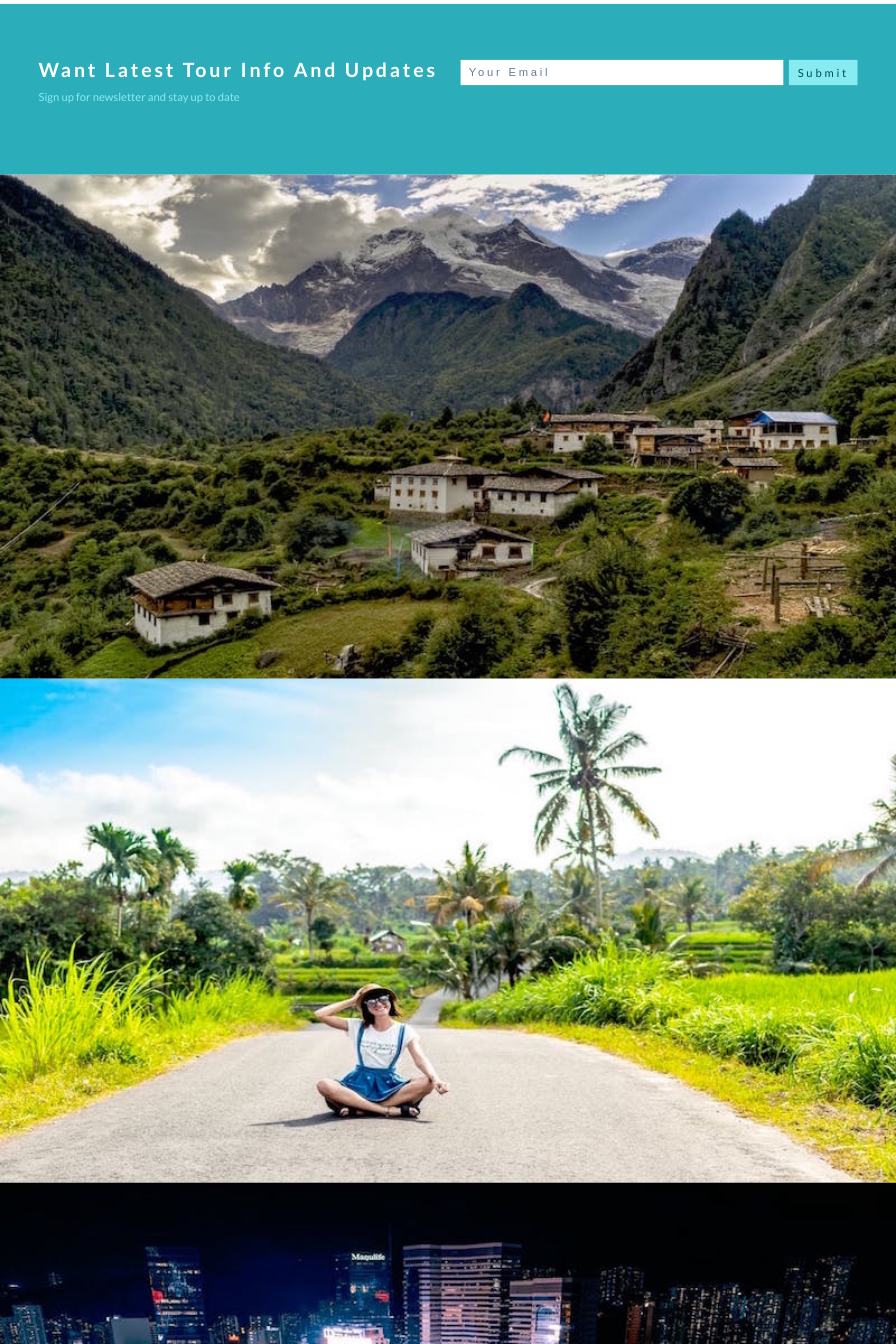
Repository: Ndifoinhilary/flexbox-project
Page: index.html
The author's editor kept a copy of each file at every save. The page is drawn from the files as they stood at one save, then again after the next save.
The browser window is 1280 px wide. The pictures show the part of the page from y = 2961 to 4881 px (the page is 8971 px tall before and 5387 px after), at 70% of full size.

Above is the page before, as saved 2024-01-24 05:34:27.

### index.html
<!DOCTYPE html>
<html lang="en">
  <head>
    <meta charset="UTF-8" />
    <meta name="viewport" content="width=device-width, initial-scale=1.0" />
    <meta http-equiv="X-UA-Compatible" content="ie=edge" />
    <title>Backroads || Tour Company</title>
    <!-- favicon -->
    <link rel="shortcut icon" href="./images/favicon.ico" type="image/x-icon" />
    <!-- font-awesome -->
    <link rel="stylesheet" href="fontawesome-free-5.9.0-web/css/all.min.css" />
    <!-- styles css -->
    <link rel="stylesheet" href="./css/main.css" />
  </head>
  <body>
    <header id="home">
      <!-- nav bar -->
      <!-- end of nav bar -->
  <!-- hero section  -->
  <div class="hero">
    <div class="hero-banner">
      <h1>continue exploring</h1>
      <p>Lorem ipsum dolor sit, amet consectetur adipisicing elit. Officiis, quam!</p>
      <a href="#featured" class="btn hero-btn scroll-link ">explore tours</a>
    </div>
  </div>
   <!-- end of hero section  -->
    </header>
    <!-- end of header -->
   <!-- section -->
    <section class="section" id="about">
      <!-- section title -->
      <div class="section-title">
        <h2>about <span>us</span></h2>
      </div>
            <!-- section title -->
        <div class="section-center about-center">
          <!-- about image wrapper -->
          <article class="about-img">
            <img src="./images/about.jpeg"  class="about-photo" alt="awesome">
          </article>
          <!-- about infor -->
          <artilce class="about-info">
            <h3>explore the difference</h3>
            <p>Lorem ipsum, dolor sit amet consectetur adipisicing elit. Et cum minima eaque illo consequuntur laudantium facere incidunt alias expedita accusamus!</p>
            <a href="#" class="btn">read more</a>
          </artilce>
        </div>
    </section>
    <!-- end of about  section -->


    <!-- service section start -->

    <section class="section services" id="servics">
      <div class="section-title">
        <h2>our <span>services</span></h2>
      </div>
      <div class="section-center services-center">
        <!-- single service -->
        <article class="service">
          <span class="service-icon">
            <i class="fas fa-wallet fa-fw"></i>
          </span>
          <div class="service-info">
            <h4 class="service-title" >saving money</h4>
            <p class="service-text"> Lorem ipsum dolor sit
              amet, consectetur adipisicing elit. Quisquam, id?
               Omnis rerum perferendis numquam repellat.</p>
          </div>
        </article>
        <article class="service">
          <span class="service-icon">
            <i class="fas fa-tree fa-fw"></i>
          </span>
          <div class="service-info">
            <h4 class="service-title" >tree money</h4>
            <p class="service-text"> Lorem ipsum dolor sit
              amet, consectetur adipisicing elit. Quisquam, id?
               Omnis rerum perferendis numquam repellat.</p>
          </div>
        </article>
         <article class="service">
          <span class="service-icon">
            <i class="fas fa-socks fa-fw"></i>
          </span>
          <div class="service-info">
            <h4 class="service-title" >only  money</h4>
            <p class="service-text"> Lorem ipsum dolor sit
              amet, consectetur adipisicing elit. Quisquam, id?
               Omnis rerum perferendis numquam repellat.</p>
          </div>
        </article>
      </div>
      </section>

<!-- feartueres tours -->

<section class="section" id="featured">
  <div class="section-title">
    <h2>feature <span>tours</span></h2>
  </div>
  <!-- featured center -->
 <div class="section-center featured-center">
  <article class="tour-card">
    <div class="tour-img-container">
      <img src="./images/tour-1.jpeg"    alt="tour around" class="tour-mg">
      <p class="tour-date">january 21th , 2024</p>
    </div>
    <div class="tour-info">
     <div class="tour-title">
      <h4>tibet advanture</h4>
      <p>34 days</p>
     </div>
      <p>Lorem ipsum dolor sit, amet consectetur adipisicing elit. Tempore voluptates error, necessitatibus doloribus sequi eaque! Sunt
        perferendis sequi dignissimos suscipit!</p>

        <div class="tour-footer">
          <p><span><i class="fas fa-map" >Cameroon</i></span></p>
          <p>$1200</p>
        </div>
    </div>
  </article>
  <article class="tour-card">
    <div class="tour-img-container">
      <img src="./images/tour-2.jpeg"    alt="tour around" class="tour-mg">
      <p class="tour-date">january 21th , 2024</p>
    </div>
    <div class="tour-info">
      <h4>tibet adventure</h4>
      <p>Lorem ipsum dolor sit, amet consectetur adipisicing elit. Tempore voluptates error, necessitatibus doloribus sequi eaque! Sunt
        perferendis sequi dignissimos suscipit!</p>

        <div class="tour-footer">
          <p><span><i class="fas fa-map" >Cameroon</i></span></p>
          <p>days</p>
          <p>$1200</p>
        </div>
    </div>
  </article>
    <article class="tour-card">
    <div class="tour-img-container">
      <img src="./images/tour-3.jpeg"    alt="tour around" class="tour-mg">
      <p class="tour-date">january 21th , 2024</p>
    </div>
    <div class="tour-info">
      <h4>tibet adventure</h4>
      <p>Lorem ipsum dolor sit, amet consectetur adipisicing elit. Tempore voluptates error, necessitatibus doloribus sequi eaque! Sunt
        perferendis sequi dignissimos suscipit!</p>

        <div class="tour-footer">
          <p><span><i class="fas fa-map" >Cameroon</i></span></p>
          <p>12 days</p>
          <p>$1200</p>
        </div>
    </div>
  </article>
  <article class="tour-card">
    <div class="tour-img-container">
      <img src="./images/tour-4.jpeg"    alt="tour around" class="tour-mg">
      <p class="tour-date">january 21th , 2024</p>
    </div>
    <div class="tour-info">
      <h4>tibet adventure</h4>
      <p>Lorem ipsum dolor sit, amet consectetur adipisicing elit. Tempore voluptates error, necessitatibus doloribus sequi eaque! Sunt
        perferendis sequi dignissimos suscipit!</p>

        <div class="tour-footer">
          <p><span><i class="fas fa-map" >Cameroon</i></span></p>
          <p>12 days</p>
          <p>$1200</p>
        </div>
    </div>
  </article>
 </div>
 <div class="tour-btn">
  <a href="#" class="btn"> all tours</a>
 </div>
</section>

<!-- end   feartueres tours -->

<!-- contact section -->
<section class="section contact" id="contact">
  <div class="section-center contact-center">
    <article class="contact-title">
      <h3>want latest tour info and updates</h3>
      <p>Sign up for newsletter and stay up to date </p>
    </article>
    <form action="" class="contact-form">
      <input type="email" name="email" class="form-control" placeholder="your email">
      <button type="submit" class="btn-submit">submit</button>
    </form>
  </div>
</section>



<!--end of   contact section -->

   <!-- gallery -->
   <section id="gallery">
    <div class="gallery-center">
      <article class="gallery-img-container">
        <img src="./images/tour-1.jpeg" class="gallery-img" alt="">
        <a href="#" class="gallery-icon"><i class="fas fa-search"></i></a>
      </article>
       <article class="gallery-img-container">
        <img src="./images/tour-2.jpeg" class="gallery-img" alt="">
        <a href="#" class="gallery-icon"><i class="fas fa-search"></i></a>
      </article>
        <article class="gallery-img-container">
        <img src="./images/tour-3.jpeg" class="gallery-img" alt="">
        <a href="#" class="gallery-icon"><i class="fas fa-search"></i></a>
      </article>
        <article class="gallery-img-container">
        <img src="./images/tour-4.jpeg" class="gallery-img" alt="">
        <a href="#" class="gallery-icon"><i class="fas fa-search"></i></a>
      </article>
       <article class="gallery-img-container">
        <img src="./images/tour-5.jpeg" class="gallery-img" alt="">
        <a href="#" class="gallery-icon"><i class="fas fa-search"></i></a>
      </article>
       <article class="gallery-img-container">
        <img src="./images/tour-6.jpeg" class="gallery-img" alt="">
        <a href="#" class="gallery-icon"><i class="fas fa-search"></i></a>
      </article>
         <article class="gallery-img-container">
        <img src="./images/tour-2.jpeg" class="gallery-img" alt="">
        <a href="#" class="gallery-icon"><i class="fas fa-search"></i></a>
      </article>
        <article class="gallery-img-container">
        <img src="./images/tour-1.jpeg" class="gallery-img" alt="">
        <a href="#" class="gallery-icon"><i class="fas fa-search"></i></a>
      </article>
    </div>
   </section>
   <!-- end of gallery -->
  </body>
</html>

### css/main.css
/*
===============
Fonts
===============
*/
@import url("https://fonts.googleapis.com/css?family=Lato:400,700&display=swap");

/*
===============
Variables
===============
*/

:root {
  /* dark shades of primary color*/
  --clr-primary-1: hsl(184, 91%, 17%);
  --clr-primary-2: hsl(185, 84%, 25%);
  --clr-primary-3: hsl(185, 81%, 29%);
  --clr-primary-4: hsl(184, 77%, 34%);
  /* primary/main color */
  --clr-primary-5: hsl(185, 62%, 45%);
  /* lighter shades of primary color */
  --clr-primary-6: hsl(185, 57%, 50%);
  --clr-primary-7: hsl(184, 65%, 59%);
  --clr-primary-8: hsl(184, 80%, 74%);
  --clr-primary-9: hsl(185, 94%, 87%);
  --clr-primary-10: hsl(186, 100%, 94%);
  /* darkest grey - used for headings */
  --clr-grey-1: hsl(209, 61%, 16%);
  --clr-grey-2: hsl(211, 39%, 23%);
  --clr-grey-3: hsl(209, 34%, 30%);
  --clr-grey-4: hsl(209, 28%, 39%);
  /* grey used for paragraphs */
  --clr-grey-5: hsl(210, 22%, 49%);
  --clr-grey-6: hsl(209, 23%, 60%);
  --clr-grey-7: hsl(211, 27%, 70%);
  --clr-grey-8: hsl(210, 31%, 80%);
  --clr-grey-9: hsl(212, 33%, 89%);
  --clr-grey-10: hsl(210, 36%, 96%);
  --clr-white: #fff;
  --ff-primary: "Lato", sans-serif;
  --transition: all 0.3s linear;
  --spacing: 0.25rem;
  --radius: 0.5rem;
  --light-shadow: 0 5px 15px rgba(0, 0, 0, 0.1);
  --dark-shadow: 0 5px 15px rgba(0, 0, 0, 0.2);
}
/*
===============
Global Styles
===============
*/

* {
  margin: 0;
  padding: 0;
  box-sizing: border-box;
}
body {
  font-family: var(--ff-primary);
  background: var(--clr-white);
  color: var(--clr-grey-1);
  line-height: 1.5;
  font-size: 0.875rem;
}
a {
  text-decoration: none;
}
/* img:not(.nav-logo) {
  width: 100%;
  display: block;
} */
img {
  width: 100%;
  display: block;
}
h1,
h2,
h3,
h4 {
  letter-spacing: var(--spacing);
  text-transform: capitalize;
  line-height: 1.25;
  margin-bottom: 0.75rem;
}
h1 {
  font-size: 3rem;
}
h2 {
  font-size: 2rem;
}
h3 {
  font-size: 1.25rem;
}
h4 {
  font-size: 0.875rem;
}
p {
  margin-bottom: 1.25rem;
  color: var(--clr-grey-5);
}
@media screen and (min-width: 800px) {
  h1 {
    font-size: 4rem;
  }
  h2 {
    font-size: 2.5rem;
  }
  h3 {
    font-size: 1.75rem;
  }
  h4 {
    font-size: 1rem;
  }
  body {
    font-size: 1rem;
  }
  h1,
  h2,
  h3,
  h4 {
    line-height: 1;
  }
}
/*  global classes */

.btn {
  text-transform: uppercase;
  background: var(--clr-primary-5);
  color: var(--clr-white);
  padding: 0.375rem 0.75rem;
  letter-spacing: var(--spacing);
  display: inline-block;
  /* font-weight: 700; */
  transition: var(--transition);
  font-size: 0.875rem;
  border: 2px solid transparent;
  cursor: pointer;
  box-shadow: 0 1px 3px rgba(0, 0, 0, 0.2);
}
.btn:hover {
  color: var(--clr-primary-1);
  background: var(--clr-primary-8);
}
.section {
  padding: 5rem 0;
}
.section-title {
  text-align: center;
  margin-bottom: 4rem;
}
.section-title h2 {
  text-transform: uppercase;
}
.section-title span {
  color: var(--clr-primary-5);
}
.section-center {
  width: 90vw;
  margin: 0 auto;
  max-width: 1170px;
}
@media screen and (min-width: 992px) {
  .section-center {
    width: 95vw;
  }
}
/*
===============
Navbar
===============
*/

/*
===============
Hero
===============
*/
.hero {
  min-height: 100vh;
  background: var(--clr-primary-5);
  display: flex;
  justify-content: center;
  align-items: center;
}
.hero-banner {
  text-align: center;
  color: var(--clr-white);
  padding: 0 3rem;
}
.hero-banner h1 {
  text-transform: uppercase;
}
.hero-banner p {
  max-width: 35rem;
  margin-left: auto;
  margin-right: auto;
  color: var(--clr-white);
  letter-spacing: var(--spacing);
}
.hero-btn {
  padding: 0.9rem 1.6rem;
  font-size: 1.25rem;
  background: var(--clr-white);
  color: var(--clr-primary-5);
}
.hero-btn:hover {
  background: transparent;
  color: var(--clr-white);
  border-color: var(--clr-white);
}
@media screen and (min-width: 768px) {
  .hero {
    background: linear-gradient(rgb(44, 174, 186, 0.7), rgba(0, 0, 0, 0.7)),
      url("../images/main.jpeg") center/cover no-repeat;
  }
  .hero-banner {
    padding: 0;
  }
  .hero-banner p {
    max-width: 45rem;
  }
}
/*
===============
About
===============
*/
/* section add to globals */
/* title add to globals */
/* section center add to globals */
.about-img,
.about-info {
  margin-bottom: 2rem;
}
@media screen and (min-width: 992px) {
  .about-center {
    display: flex;
    justify-content: space-between;
    flex-wrap: wrap;
  }
  .about-img,
  .about-info {
    flex: 0 0 calc(50% - 2rem);
    margin-bottom: 0;
    align-self: center;
  }
}

@media screen and (min-width: 1170px) {
  .about-img::before{
    content: "";
    position: absolute;
    border: 0.5rem solid var(--clr-primary-5);
    box-sizing: border-box;
    height: 100%;
    width: 100%;
    top: -1.5rem;
    left: -1.5rem;

  }
  .about-img{
    position: relative;
  }
  .about-photo{
    position: relative ;
  }
}
/*
===============
Services
===============
*/
.services{
  background: var(--clr-grey-10);
}
.service{
  text-align: center;
  margin-bottom: 3rem;
}
.service-icon{
  background: var(--clr-primary-5);
  color: var(--clr-primary-1);
  padding: 0.5rem;
  display: inline-block;
  font-size: 2rem;
  margin-bottom: 1.5rem;
}

.service-text{
  max-width: 20rem;
  margin-left: auto;
  margin-right: auto;
}



@media screen  and (min-width:576px) {
  .section-center{
    display: flex;
    justify-content: space-between;
    flex-wrap: wrap;
  }
  .service{
    flex: 0 0 calc(50% - 1rem);
    margin-bottom: 1rem;
  }
}
@media screen  and (min-width:992px) {
.service{
    flex: 0 0 calc(33.333% - 1rem);
  }
}
@media screen  and (min-width:1170px) {
.service{
  display: flex;
  text-align: left;
  }
  .service-icon{
    align-self: start;
  }
  .service-info{
    padding-left: 1rem;
  }
  .service-title{
    margin-bottom: 0.5rem;
  }
}
/*
===============
Featured Tours
===============
*/


.tour-card{
  transition: var(--transition);
  background: var(--clr-grey-10);
  box-shadow: var(--light-shadow);
  margin-bottom: 2rem;
}

.tour-card:hover{
  box-shadow: var(--dark-shadow);
  transform: scale(1.02);
}
.tour-img-container{
  position: relative;
}
.tour-img{
  height: 15rem;
  object-fit: cover;
}
.tour-date{
  position: absolute;
  right: 0;
  bottom: 0;
  background: var(--clr-primary-8);
  margin-bottom: 0;
  color: var(--clr-primary-1);
  text-transform: capitalize;
  padding: 0.25rem 0.5rem;
}
.tour-info{
  padding: 1.25rem 1.5rem;
}
.tour-footer{
  display: flex;
  justify-content: space-between;
  flex-wrap: wrap;
  align-items: center;
}
.tour-footer p {
  line-height: 0;
  margin-bottom: 0;
  text-transform: capitalize;
  color: var(--clr-primary-5);
}
.tour-btn{
  text-align: center;
}


@media screen and (min-width:760px) {
  .featured-center{
    display: flex;
    flex-wrap: wrap;
    justify-content: space-between;
  }
  .tour-card{
    flex: 0 0 calc(50% - 2rem);
  }
}
@media screen and (min-width:1170px) {
  .tour-card{
    flex: 0 0 calc(33.33% - 2rem);
  }
}
.tour-title{
  display: flex;
  justify-content: space-between;
  flex-wrap: wrap;
}
.tour-title p , .tour-title h4{
  margin-bottom: 0.75rem;
  line-height: 1.25rem;

}
.tour-title p {
  color: var(--clr-grey-7);
  text-transform: capitalize;
}



/*
===============
Contact
==============
 */



 .contact{
  background: var(--clr-primary-5);
 }

 .contact-title{
  color: var(--clr-white);
 }
 .contact-title p {
  color: var(--clr-primary-8);
 }

 .contact-form{
  display: flex;
  max-width: 28rem;

 }

.form-control{
  flex: 1 1 auto;
  color: var(--clr-grey-5);
}
.form-control, .btn-submit{
  padding:0.375rem 0.75rem;
  font-size: 1rem;
  line-height: 1.5rem;
  font-weight: 300;
  letter-spacing: var(--spacing);
  background: var(--clr-white);
  text-transform: capitalize;
  border: transparent;
}
.form-control::placeholder{
  color: inherit;
}
.btn-submit{
  font-family: var(--ff-primary);
  margin-left: 0.5rem;
  background: var(--clr-primary-8);
  color: var(--clr-primary-1);
  cursor: pointer;
  transition: var(--transition);
}


.btn-submit:hover{
  background: var(--clr-primary-1);
  color: var(--clr-primary-5);
}

@media screen and (min-width:992px) {
  .contact-center{
    display: flex;
    justify-content: space-between;
    flex-wrap: wrap;
  }
  .contact-form{
    align-self: flex-start;
    flex: 1 1 auto;
    max-width: 100%;
    padding-left: 2rem;
  }
}

/*
===============
Deals
===============
*/
/*
===============
Gallery
===============
*/
.gallery-center{

}

.gallery-img-container{
  position: relative;
  background: var(--clr-primary-5);
}

.gallery-icon{
  position: absolute;
  top: 50%;
  left: 50%;
  font-size: 2rem;
  transform: translate(-50%, -50%);
  color: var(--clr-white);
  opacity: 0;
  cursor: pointer;
  transition: var(--transition);
}



/*
===============
Footer
===============
*/

Loaded but not shown: fontawesome-free-5.9.0-web/css/all.min.css (library)

After the next save:
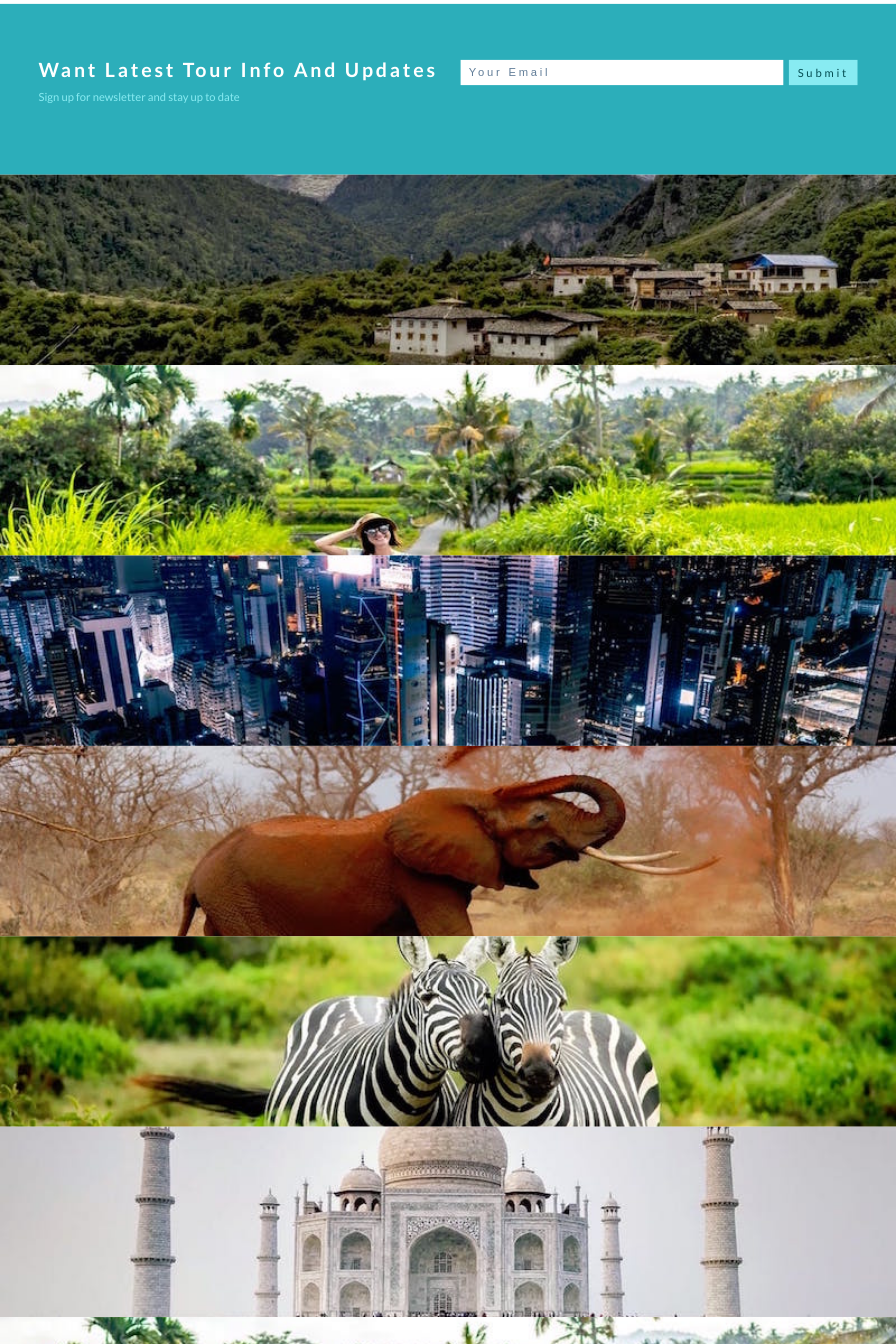
Saved 60 s later.
--- a/css/main.css
+++ b/css/main.css
@@ -515,7 +515,10 @@ Gallery
   transition: var(--transition);
 }
 
-
+.gallery-img{
+  height: 17rem;
+  object-fit: cover;
+}
 
 /*
 ===============
